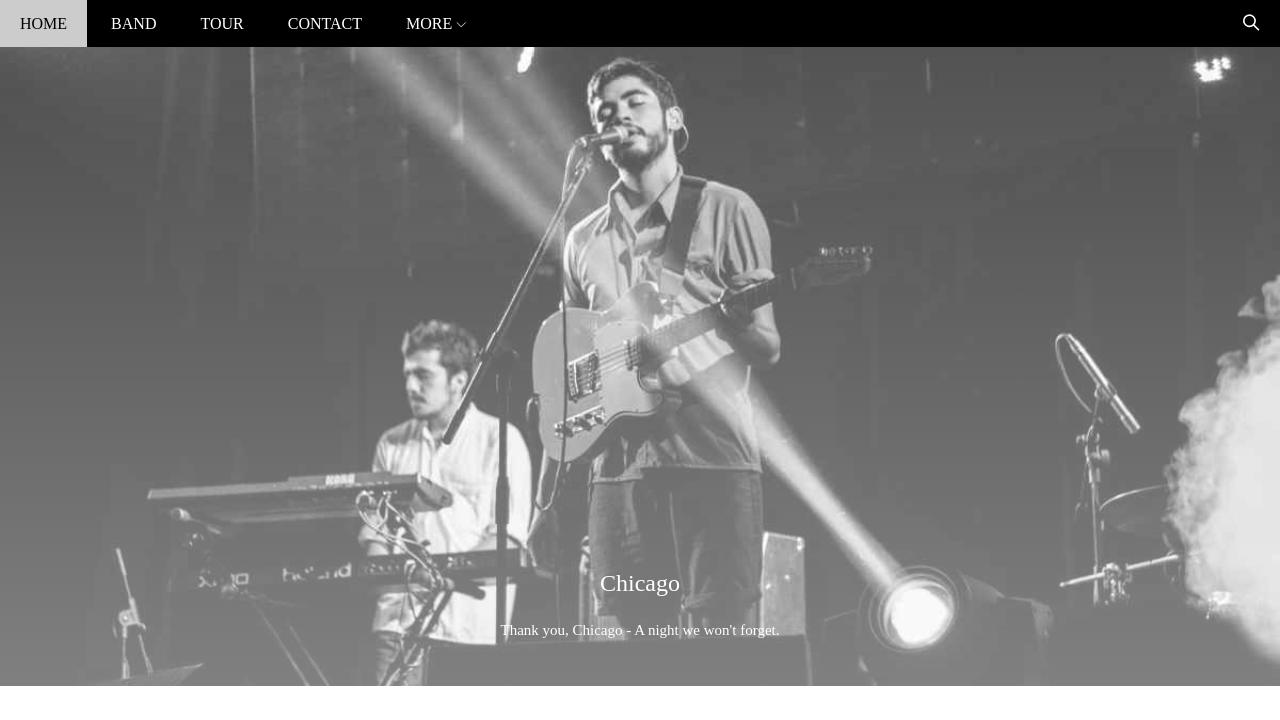
Repository: Dino0411/Dino0411.github.io
Page: index.html
An editor plug-in stored every save of this project. The page is shown before and after the next save, followed by the edit.
The browser window is 1280 px wide. The pictures show the whole page.

Above is the page before, as saved 2021-10-04 00:15:58.

### index.html
<!DOCTYPE html>
<html lang="en">
<head>
    <meta charset="UTF-8">
    <meta http-equiv="X-UA-Compatible" content="IE=edge">
    <meta name="viewport" content="width=device-width, initial-scale=1.0">
    <link rel="stylesheet" href="./assets/css/style.css">
    <link rel="stylesheet" href="./assets/fonts/themify-icons/themify-icons.css">
    <title>Document</title>
</head>
<body>
    <div id="main">
        <!-- TODO:header -->
        <div id="header">
            <!-- TODO:begin nav -->
            <ul id="nav">
                <li><a href="">Home</a></li>
                <li><a href="">Band</a></li>
                <li><a href="">Tour</a></li>
                <li><a href="">Contact</a></li>
                <li>
                    <a href="">
                        More
                        <i class="nav-arrow-down ti-angle-down"></i>
                    </a>
                    <ul class="subnav">
                        <li><a href="">Merchandise</a></li>
                        <li><a href="">Extras</a></li>
                        <li><a href="">Media</a></li>
                    </ul>
                </li>
            </ul>
            <!-- TODO:end nav -->

            <!-- TODO:begin search -->
            <div class="search-bth">
                <i class="search-icon  ti-search"></i>
            </div>
            <!-- TODO:end search -->
        </div>
        <!-- TODO:slider -->
        <div id="slider">
            <div class="text-content">
                <h2 class="text-heading">Chicago</h2>
                <div class="text-description">Thank you, Chicago - A night we won't forget.</div>
            </div>
        </div>
        <!-- TODO:content -->
        <div id="content">

        </div>
        <!-- TODO:footer -->
        <div id="footer">

        </div>
    </div>
</body>
</html>

### assets/css/style.css
/* ! reser css
    ! Emmet(p0;m0)
*/
* {
  margin: 0;
  padding: 0;
  box-sizing: border-box;
}

html {
  font-family: cursive;
}
/* TODO:start
TODO: từ ngoài vào trong
TODO: từ trên xuống dưới
TODO:tổng quan đến chi tiết
*/

/*
? vị trí
? kích thước(width,height)
? màu sắc
? kiểu dáng(kiểu chữ,...)
*/
#main {
}
#header {
  position: fixed;
  top: 0;
  left: 0;
  right: 0;
  height: 47px;
  background-color: #000;
  z-index: 2;
}
#nav {
  display: inline-block;
}
#nav,
.subnav {
  list-style: none;
}
#nav > li {
  display: inline-block;
  position: relative;
}
#nav > li > a {
  color: #fff;
  text-transform: uppercase;
}
#nav li a {
  text-decoration: none;
  padding: 0px 20px;
  line-height: 47px;
}
#nav li:hover .subnav {
  display: block;
}
#nav > li:hover > a,
#nav .subnav a:hover {
  color: #000;
  background-color: #ccc;
  display: block;
}
#nav .subnav {
  display: none;
  position: absolute;
  top: 100%;
  left: 0;
  min-width: 160px;
  background-color: #fff;
  box-shadow: rgba(100, 100, 111, 0.5) 0px 7px 29px 0px;
}
#nav .subnav a {
  color: #000;
  padding: 0 12px;
  line-height: 40px;
}
#nav .nav-arrow-down {
  font-size: 10px;
}
#header .search-bth {
  float: right;
  padding: 0 21px;
}
#header .search-bth:hover {
  background-color: #f44336;
}
#header .search-icon {
  color: #fff;
  font-size: 16px;
  line-height: 46px;
  font-weight: 1000;
}
#slider {
  position: relative;
  margin-top: 46px;
  padding-top: 50%;
  background: linear-gradient(
      rgba(255, 255, 255, 0.3),
      rgba(255, 255, 255, 0.5)
    ),
    url("/assets/img/slider/slider1.jpg") top center / cover no-repeat;
}
#slider .text-content {
  position: absolute;
  color: #fff;
  bottom: 47px;
  width: 100%;
  text-align: center;
}
#slider .text-heading {
  font-weight: 500;
  font-size: 24px;
}
#slider .text-description {
  font-size: 15px;
  margin-top: 25px;
}
#content {
}
#footer {
}

Loaded but not shown: assets/fonts/themify-icons/themify-icons.css (common file)

After the next save:
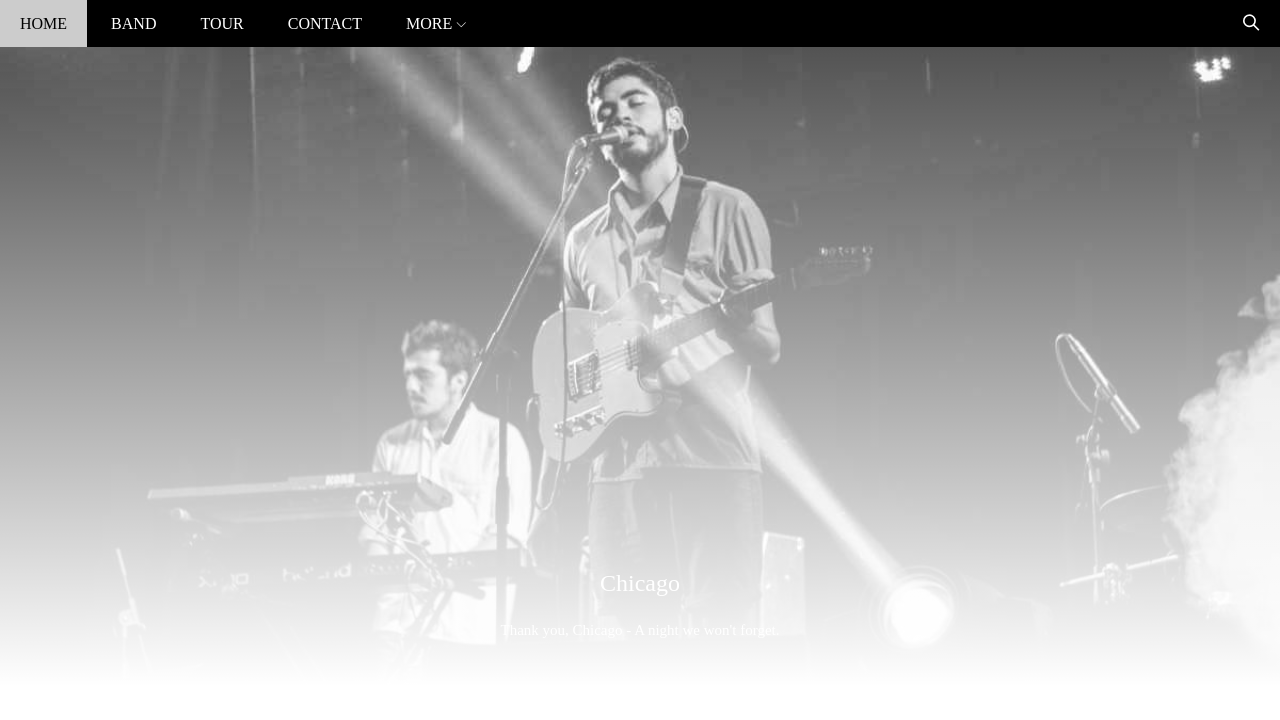
Saved 4 s later.
--- a/assets/css/style.css
+++ b/assets/css/style.css
@@ -96,10 +96,7 @@ TODO:tổng quan đến chi tiết
   position: relative;
   margin-top: 46px;
   padding-top: 50%;
-  background: linear-gradient(
-      rgba(255, 255, 255, 0.3),
-      rgba(255, 255, 255, 0.5)
-    ),
+  background: linear-gradient(rgba(255, 255, 255, 0.3), rgba(255, 255, 255, 1)),
     url("/assets/img/slider/slider1.jpg") top center / cover no-repeat;
 }
 #slider .text-content {
